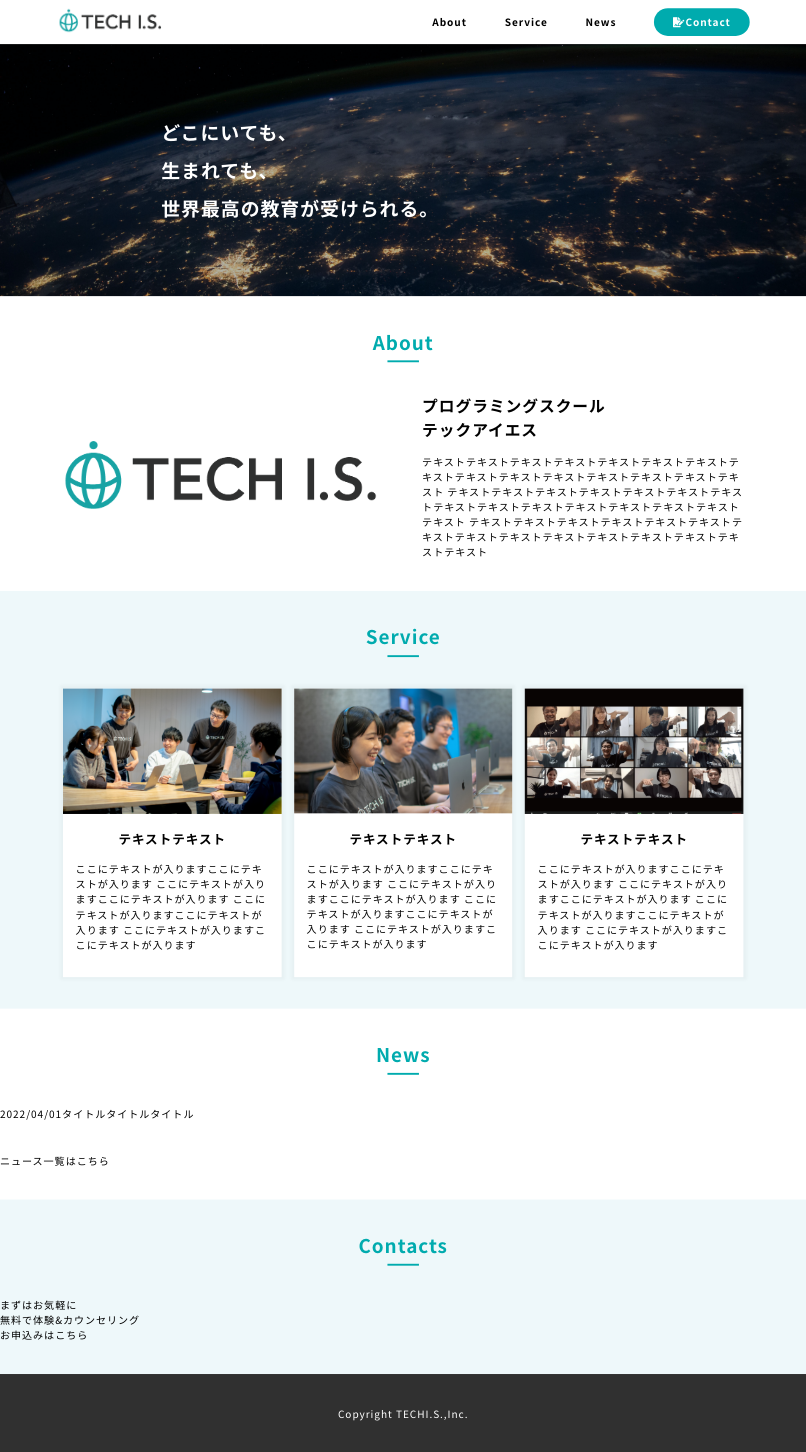
Repository: ryunoesta/lp-techis
Page: indx.html
These files come from the project's save history. The page is drawn as it stood at one moment and after a run of saves; the edit follows.
The browser window is 1280 px wide. The pictures show the whole page, at 63% of full size.

Above is the page before, as saved 2022-06-19 22:56:52.

### indx.html
<!DOCTYPE html>
<html lang="ja">
<head>
    <meta charset="UTF-8">
    <meta http-equiv="X-UA-Compatible" content="IE=edge">
    <meta name="viewport" content="width=device-width, initial-scale=1.0">
    <!-- reset css -->
    <link rel="stylesheet" href="./CSS/reset.css">
    <!-- style css -->
    <link rel="stylesheet" href="./CSS/style.css">
    <!-- fontawesome -->
    <link rel="stylesheet" href="https://use.fontawesome.com/releases/v5.15.1/css/all.css">
    <title>プログラミングスクール テックアイエス</title>
</head>
<body>
    <!-- header -->
    <header class="header">
        <h1 class="logo">
            <img src="./img/logo.png" alt="ロゴ画像">
        </h1>
        <ul class="menu-pc">
            <li><a href="#">About</a></li>
            <li><a href="#">Service</a></li>
            <li><a href="#">News</a></li>
            <!-- リンク先追加 -->
            <li><a href="contact"><i class="fas fa-file-signature"></i>Contact</a></li>
        </ul>
    </header>

    <!-- main -->
    <main>
        <!-- fv -->
        <section class="front-fv">
            <img src="./img/top1.png" alt="ファーストビュー">
            <h2>どこにいても、
                <br>
                生まれても、
                <br>
                世界最高の教育が受けられる。
            </h2>
        </section>

        <!-- about -->
        <section class="front-about">
            <h2 class="front-common__title">
                About
            </h2>
            <ul class="front-about__list">
                <li class="front-about__item"><img src="./img/logo.png" alt="ロゴ画像"></li>
                <li class="front-about__item">
                    <div class="front-about_txt">
                        <h3>
                            プログラミングスクール
                            <br>
                            テックアイエス
                        </h3>
                        <p>テキストテキストテキストテキストテキストテキストテキストテキストテキストテキストテキストテキストテキストテキストテキスト テキストテキストテキストテキストテキストテキストテキストテキストテキストテキストテキストテキストテキストテキストテキスト テキストテキストテキストテキストテキストテキストテキストテキストテキストテキストテキストテキストテキストテキストテキスト</p>
                    </div>
                </li>
            </ul>
        </section>

        <!-- service -->
        <section class="front-service">
            <div class="front-service__inner">
                <h2 class="front-common__title">
                    Service
                </h2>
                <ul class="front-service__list">
                    <li class="front-service__item">
                        <img src="./img/service1.png" alt="サービス１">
                        <h3>テキストテキスト</h3>
                        <p>
                            ここにテキストが入りますここにテキストが入ります ここにテキストが入りますここにテキストが入ります
                            ここにテキストが入りますここにテキストが入ります ここにテキストが入りますここにテキストが入ります
                        </p>
                    </li>
                    <li class="front-service__item">
                        <img src="./img/service2.png" alt="サービス２">
                        <h3>テキストテキスト</h3>
                        <p>
                            ここにテキストが入りますここにテキストが入ります ここにテキストが入りますここにテキストが入ります
                            ここにテキストが入りますここにテキストが入ります ここにテキストが入りますここにテキストが入ります
                        </p>
                    </li>
                    <li class="front-service__item">
                        <img src="./img/service3.png" alt="サービス３">
                        <h3>テキストテキスト</h3>
                        <p>
                            ここにテキストが入りますここにテキストが入ります ここにテキストが入りますここにテキストが入ります
                            ここにテキストが入りますここにテキストが入ります ここにテキストが入りますここにテキストが入ります
                        </p>
                    </li>
                </ul>
            </div>
        </section>

        <!-- news -->
        <section class="front-news">
            <h2 class="front-common__title">
                News
            </h2>
            <div class="front-news__article">
                <time>2022/04/01</time>
                <p>タイトルタイトルタイトル</p>
            </div>
            <div class="btn">ニュース一覧はこちら</div>
        </section>

        <!-- contact -->
        <section class="front-contact">
            <h2 class="front-common__title">
                Contacts
            </h2>
            <h3>
                まずはお気軽に
                <br>
                無料で体験&カウンセリング
            </h3>
            <div class="btn">お申込みはこちら</div>
        </section>
    </main>

    <!-- footer -->
    <footer class="footer">
        <!-- footerはブロックレベル要素  -->
        <p>
            <small>Copyright TECHI.S.,Inc.</small>
        </p>
    </footer>
</body>
</html>

### CSS/reset.css
*, *::before, *::after {
    box-sizing: border-box;
}
html, body, div, span, applet, object, iframe, h1, h2, h3, h4, h5, h6, p, blockquote, pre, a,
abbr, acronym, address, big, cite, code, del, dfn, em, font, ins, kbd, q, s, samp, small, strike,
strong, sub, sup, tt, var, dl, dt, dd, ol, ul, li, fieldset, form, label, legend, table,
caption, tbody, tfoot, thead, tr, th, td {
    border: 0;
    font-size: 100%;
    font-weight: inherit;
    margin: 0;
    outline: 0;
    padding: 0;
    vertical-align: baseline;
}
body {
    width: 100%;
    height: 100%;
    margin: 0 auto;
    letter-spacing: 1.5px;
    line-height: 1.5;
}
img {
    width: 100%;
    height: 100%;
    top: 0;
    left: 0;
    object-fit: cover;
}
a {
    color: black;
    text-decoration: none;
}
ol, ul {
    list-style: none;
}
table {
    border-collapse: separate;
    border-spacing: 0;
}

### CSS/style.css
/* フォントの設定 */
@import url('https://fonts.googleapis.com/css2?family=Noto+Sans+JP&display=swap');
html, body {
    font-size: 16px;
    font-family: 'Noto Sans JP', sans-serif;
}

/* header */
.header {
    display: flex;
    align-items: center;
    justify-content: space-between;
    max-width: 1100px;
    height: 70px;
    margin: auto;
}

.logo img {
    width: 170px;
    height: auto;
}

.menu-pc {
    display: flex;
    align-items: center;
}

.menu-pc li {
    margin: 0 30px;
}

.menu-pc a {
    font-weight: bold;
}

.menu-pc li:last-child {
    margin-right: 0;
}

.menu-pc li:last-child a {
    display: block;
    color: #fff;
    background: #00abae;
    padding: 10px 30px;
    border-radius: 50px;
}

/* footer */
.footer {
    padding: 50px;  /* paddingにautoはない */
    background: #303030;
}

.footer p {
    color: #fff;
    text-align: center;
}

/* fv */
.front-fv {
    position: relative;
    height: 400px;
}

.front-fv h2 {
    position: absolute;
    top: 50%;
    -webkit-transform: translateY(-50%);
    -moz-transform: translateY(-50%);
    -ms-transform: translateY(-50%);
    -o-transform: translateY(-50%);
    transform: translateY(-50%);
    left: 20%;
    color: #fff;
    font-size: 30px;
    font-weight: bold;
    line-height: 2;
}

/* common */
.front-common__title {
    position: relative;
    font-size: 30px;
    font-weight: bold;
    color: #00abae;
    text-align: center;
    margin-bottom: 50px;
    padding-bottom: 10px;
}

.front-common__title::before {
    position: absolute;
    bottom: 0;
    left: 50%;
    transform: translateX(-50%);
    content: "";
    border-bottom: 3px solid #00abae;
    width: 50px;
}

/* about */
.front-about {
    max-width: 1100px;
    margin: 50px auto;
}

.front-about__list {
    display: flex;
    align-items: center;
    justify-content:center;
}

.front-about__item {
    width: 50%;
}

.front-about__item h3 {
    font-size: 25px;
    font-weight: bold;
}

.front-about__item p {
    margin-top: 20px;
}

.front-about__item:first-child{
    margin-right: 30px;
}

.front-about__item:last-child{
    margin-left: 30px;
}

/* service */
.front-service {
    padding: 50px 0;
    background: #eef8fa;
}

.front-service__inner {
    max-width: 1100px;
    margin: auto;
}

.front-service__list {
    display: flex;
}

.front-service__item {
    width: 33.333%;
    margin: 0 10px;
    background: #fff;
    box-shadow: 0 0 5px 5px rgb(0 0 0 / 3%);
}

.front-service__item img {
    width: 100%;
    height: auto;
}

.front-service__item h3 {
    margin: 20px;
    font-size: 20px;
    text-align: center;
    font-weight: bold;
}

.front-service__item p {
    padding: 0 20px 40px;
}

/* news */
.front-news {
    padding: 50px 0;
}

.front-news__article {
    display: flex;
    justify-content: left;
    margin: 50px auto;
}

.front-news__article time {
    display: block;
}


/* contact */
.front-contact {
    padding: 50px 0;
    background: #eef8fa;
}

.front-contact h2 {
    text-align: center;
}

After the next 2 saves:
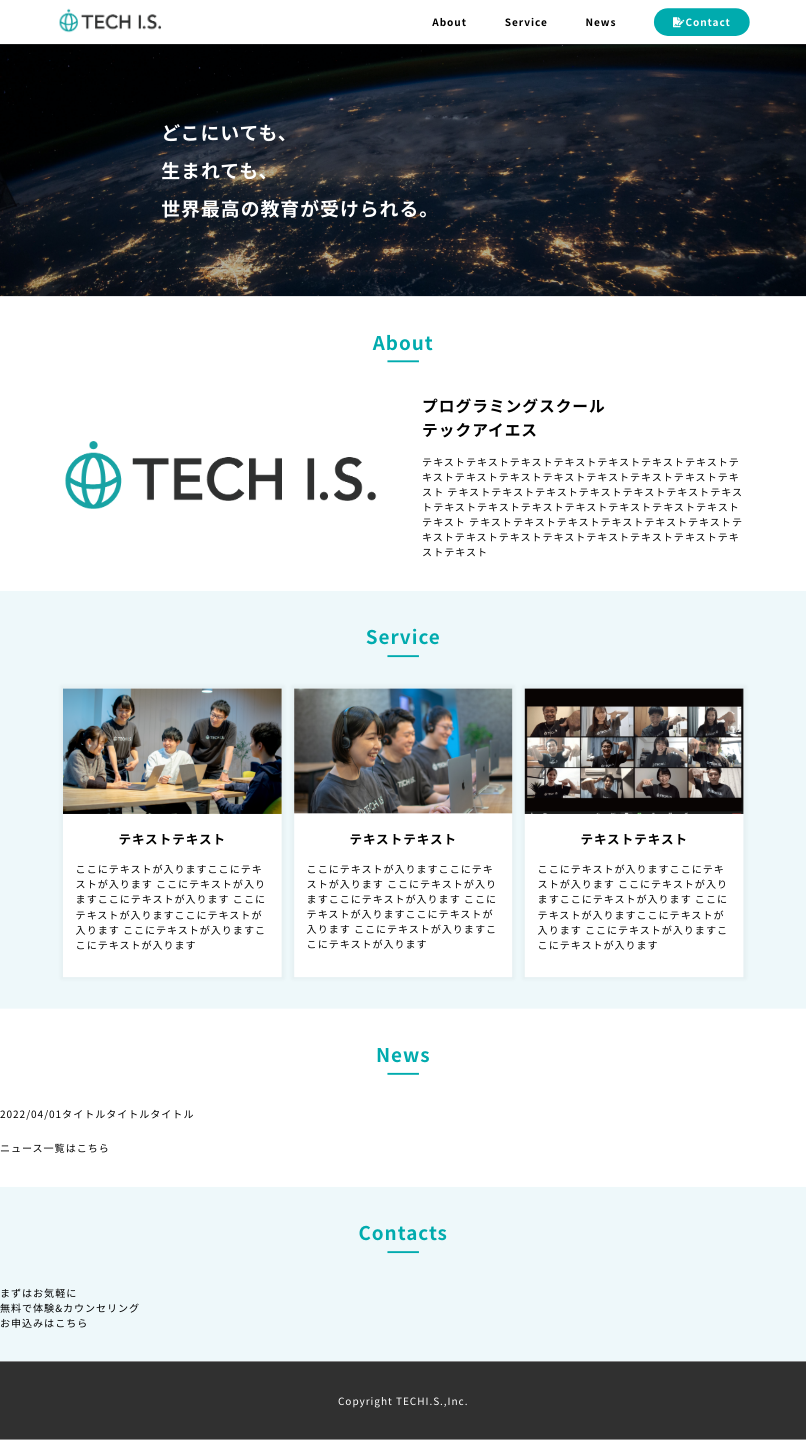
The 2 saves are shown as one change because they came seconds apart.
The last was saved 13 s later.
--- a/CSS/style.css
+++ b/CSS/style.css
@@ -177,7 +177,7 @@
 .front-news__article {
     display: flex;
     justify-content: left;
-    margin: 50px auto;
+    margin: 30px auto;
 }
 
 .front-news__article time {

After the save that followed:
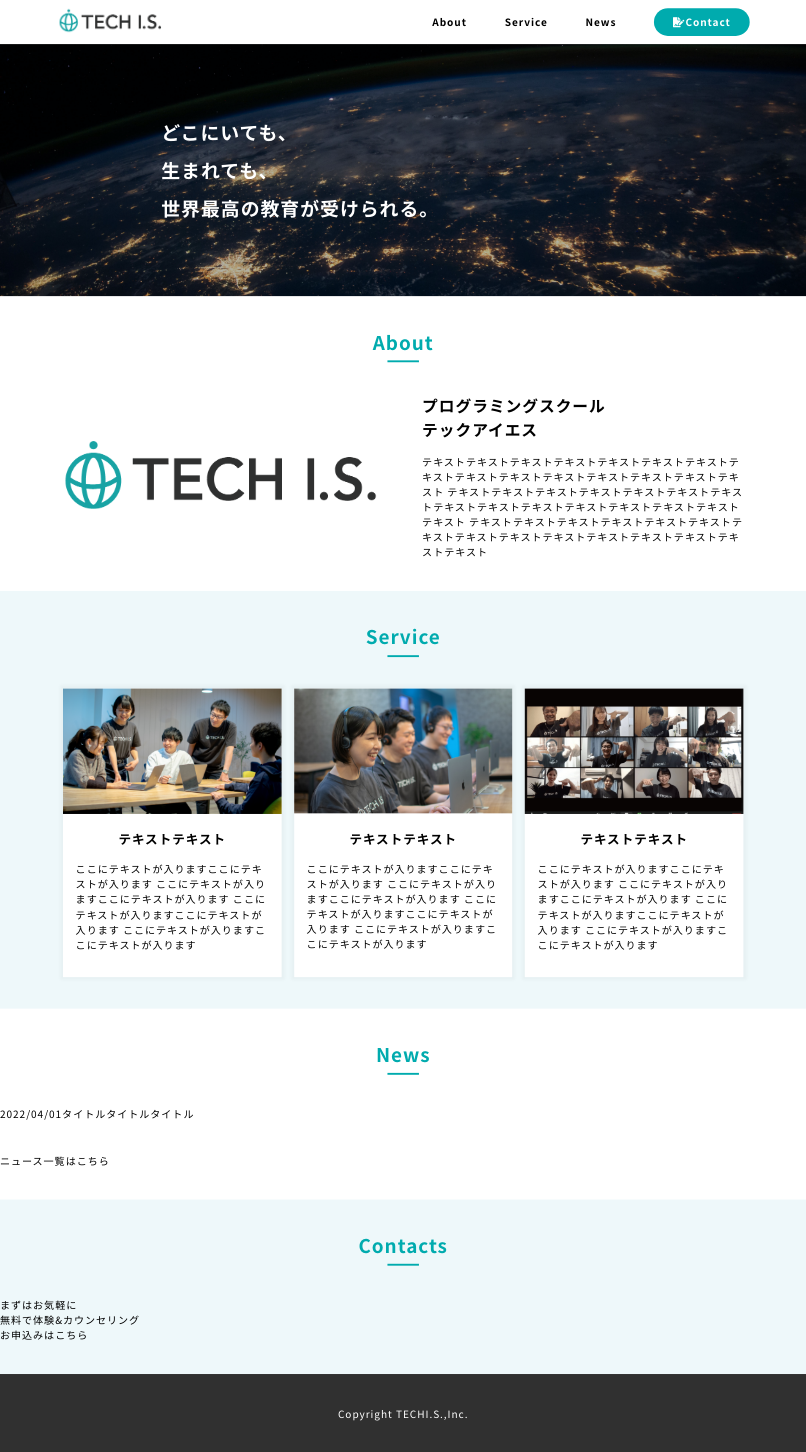
Saved 62 s later.
--- a/CSS/style.css
+++ b/CSS/style.css
@@ -177,7 +177,7 @@
 .front-news__article {
     display: flex;
     justify-content: left;
-    margin: 30px auto;
+    margin: 50px auto;
 }
 
 .front-news__article time {
